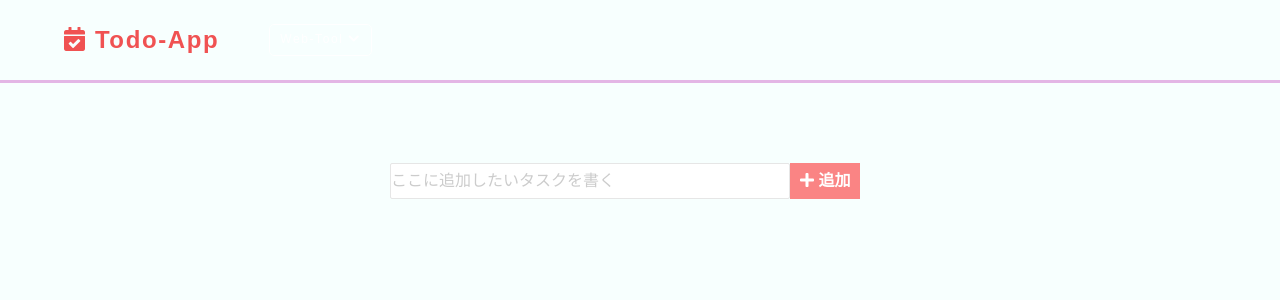
Repository: Hiroshii-m/todo_vue
Page: index.html
An editor plug-in stored every save of this project. The page is shown before and after the next save, followed by the edit.
The browser window is 1280 px wide. The pictures show the whole page.
The style sheet was rebuilt from its Sass, Less or Tailwind sources for each picture, by a compiler version that may differ from the author's.

Above is the page before, as saved 2021-06-26 18:16:07.

### index.html
<!DOCTYPE html>
<html lang="en">
<head>
    <meta charset="UTF-8">
    <meta http-equiv="X-UA-Compatible" content="IE=edge">
    <meta name="viewport" content="width=device-width, initial-scale=1.0">
    <link rel="stylesheet" href="node_modules/@fortawesome/fontawesome-free/css/all.css">
    <link rel="stylesheet" href="dist/css/style.css">
    <title>TODO APP Vue</title>
</head>
<body class="u-bgColor-base">

    <!-- header -->
    <header id="l-header" class="u-border-bottom">
        <div class="c-header">
            <h2 class="c-header__home">
                <i class="fas fa-calendar-check"></i>
                <a class="c-header__text" href="">Todo-App</a>
            </h2>
            <h3 class="c-header__other">
                Web-Tool
                <i class="fas fa-chevron-down"></i>
            </h3>
        </div>
    </header><!-- /header -->

    <!-- main -->
    <section id="l-main">
        <div class="c-main">
            <div id="l-addTask">
                <div class="c-addTask">
                    <input type="text" class="c-addTask__input" placeholder="ここに追加したいタスクを書く">
                    <button class="c-addTask__add">
                        <i class="fas fa-plus"></i>
                        追加
                    </button>
                </div>
            </div>
            <div id="l-search"></div>
            <div id="l-list"></div>
        </div>
    </section>
    <!-- /main -->

</body>
</html>

### src/scss/style.scss

// ======================================
// foundation
// ======================================
@use 'foundation/reset';
@use 'foundation/variables';
@use 'foundation/base';
// ======================================
// layout
// ======================================
#l-header {
    width: 100%;
}
#l-main {
    padding: 80px;
}
// ======================================
// object
// ======================================
// Component
// **************************************
.c-header {
    width: 90%;
    height: 80px;
    margin: 0 auto;
    display: flex;
    align-items: center;
    &__home {
        margin-right: 50px;
        font-weight: bold;
        color: var(--color_red);
        font-size: var(--font-size_xl);
    }
    &__other {
        font-size: var(--font-size_s);
        padding: var(--space_s) var(--space_m);
        border: 1px solid var(--font-color_default);
        border-radius: 5px;
        cursor: pointer;
    }
}
.c-main {
    width: var(--site-width_xxl);
    margin: 0 auto;
}
.c-addTask {
    display: flex;
    max-width: 500px;
    margin: 0 auto;
    &__input {
        width: 80%;
        border: 1px solid var(--border-color_default);
        border-radius: 2px;
    }
    &__add {
        background: var(--color_pink);
        padding: var(--space_s) var(--space_m);
        font-weight: bold;
    }
}
// Project
// **************************************
// Utility
// **************************************
.u-border {
    &-bottom {
        border-bottom: 3px solid var(--color_accent);
    }
}
.u-bgColor {
    &-base {
        background: var(--color_base);
    }
}

### src/scss/foundation/_variables.scss
:root {
    --font-color_default: #ffffff;
    --color_base: #F7FFFE;
    --color_accent: #E3B6E5;
    --color_green: #C3E8C7;
    --color_sky: #C8E4F4;
    --color_red: #F05252;
    --color_blue: #25A1EF;
    --color_pink: #fa8484;
    --border-color_default: #E6E6E6;


    --site-width_xxl: 780px;
    --site-width_xl: 680px;
    --site-width_md: 580px;
    --site-width_ms: 414px;

    --font-size_s: 12px;
    --font-size_m: 14px;
    --font-size_default: 16px;
    --font-size_l: 18px;
    --font-size_xl: 24px;
    --font-size_xxl: 28px;
    --font-size_3l: 38px;


    --space_s: 5px;
    --space_m: 10px;
    --space_l: 15px;
    --space_xl: 20px;
    --space_xxl: 30px;
    --space_3l: 40px;

    --font-family_default: "メイリオ", sans-serif;
}

### src/scss/foundation/_base.scss
html, body {
    width: 100%;
    color: var(--font-color_default);
    line-height: 1.6;
    font-family: var(--font-family_default);
    letter-spacing: 0.1em;
}

p, a {
    -webkit-font-smoothing: antialiased;
}

img {
    width: 100%;
    height: 100%;
    vertical-align: bottom;
    object-fit: cover;
}

input {
    display: block;
    width: 100%;
    background: #fff;
}

textarea {
    resize: vertical;
    height: 30px;
}

::placeholder {
    color: #ccc;
}

iframe {
    width: 100%;
}

i {
    cursor: pointer;
}

Loaded but not shown: node_modules/@fortawesome/fontawesome-free/css/all.css (library); src/scss/foundation/_reset.scss (common file)

After the next save:
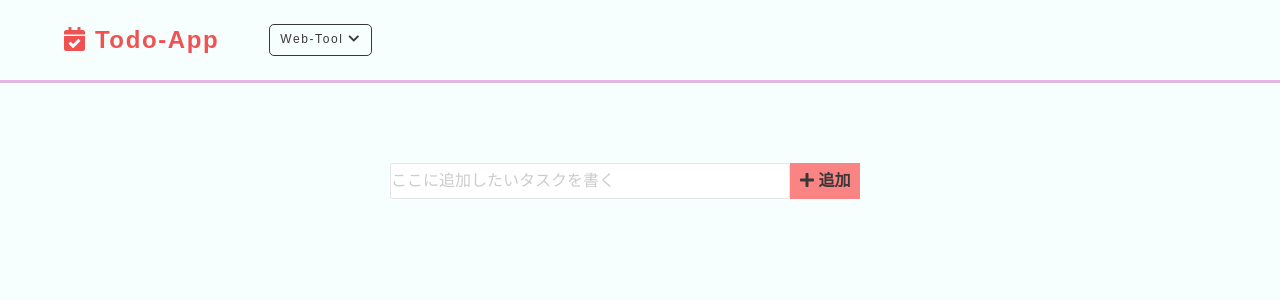
Saved 24 s later.
--- a/src/scss/foundation/_variables.scss
+++ b/src/scss/foundation/_variables.scss
@@ -1,5 +1,5 @@
 :root {
-    --font-color_default: #ffffff;
+    --font-color_default: #383838;
     --color_base: #F7FFFE;
     --color_accent: #E3B6E5;
     --color_green: #C3E8C7;
